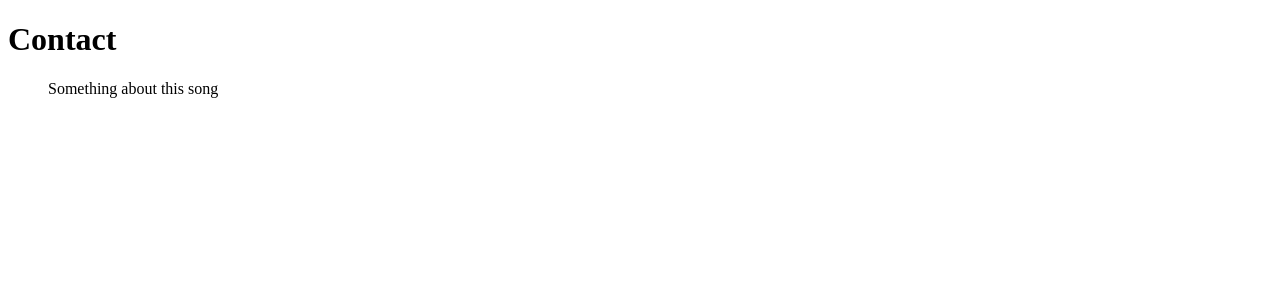
Repository: fisikusari/test-repo
Page: contact.html
An editor plug-in stored every save of this project. The page is shown before and after the next save, followed by the edit.
The browser window is 1280 px wide. The pictures show the whole page.

Above is the page before, as saved 2021-11-11 19:56:29.

After the next save:
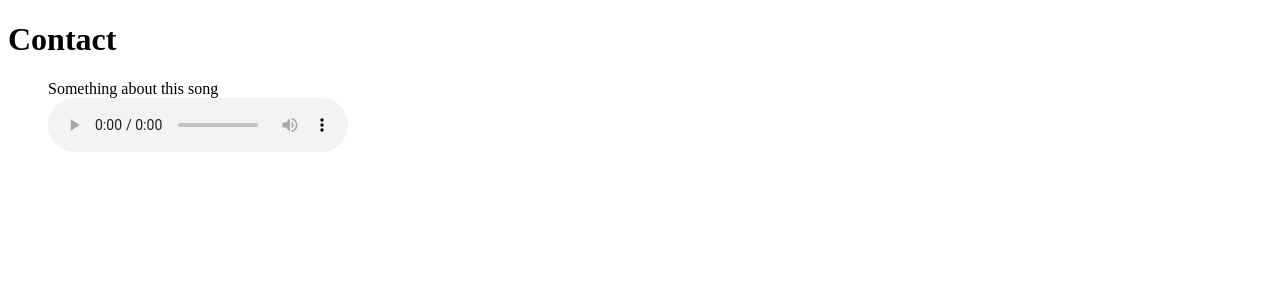
Saved 28 s later.
--- a/contact.html
+++ b/contact.html
@@ -13,7 +13,7 @@
 
   <figure>
     <figcaption>Something about this song</figcaption>
-    <audio src="assets/song.mp3"></audio>
+    <audio controls src="assets/song.mp3"></audio>
   </figure>
 </body>
 
